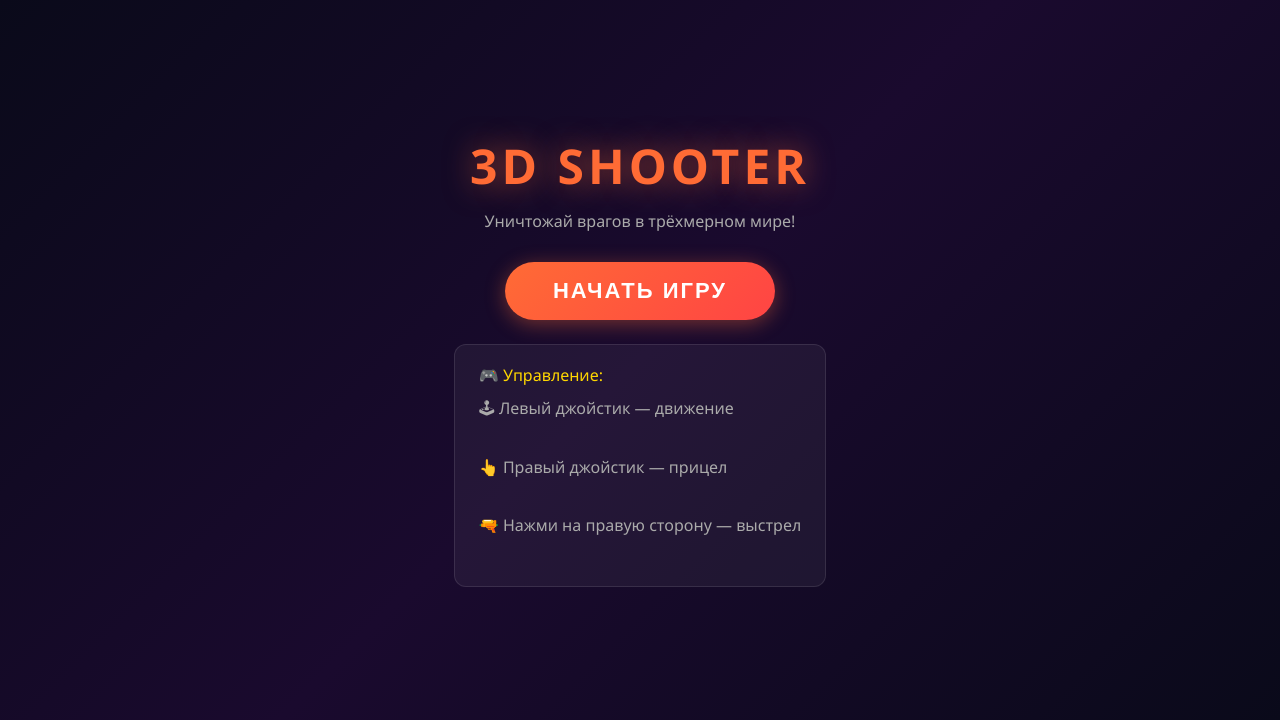
Repository: frstspace/3d-test
Page: index.html
The author's editor kept a copy of each file at every save. The page is drawn from the files as they stood at one save, then again after the next save.
The browser window is 1280 px wide. The pictures show the whole page.

Above is the page before, as saved 2026-07-21 09:47:40.
Console error: TypeError: Cannot read properties of null (reading 'appendChild')

### index.html
<!DOCTYPE html>
<html lang="ru">
<head>
    <meta charset="UTF-8">
    <meta name="viewport" content="width=device-width, initial-scale=1.0, maximum-scale=1.0, user-scalable=no">
    <meta name="mobile-web-app-capable" content="yes">
    <title>3D Shooter</title>
    <link rel="stylesheet" href="css/style.css">
</head>
<body>
    <!-- 3D Сцена -->
    <div id="game-container"></div>

    <!-- HUD (интерфейс) -->
    <div id="hud">
        <div id="score-text">ОЧКИ: <span id="score-value">0</span></div>
        <div id="health-bar-container">
            <div id="health-label">HP</div>
            <div id="health-bar"><div id="health-fill"></div></div>
        </div>
        <div id="ammo-text">ПАТРОНЫ: <span id="ammo-value">30</span></div>
        <div id="wave-text">ВОЛНА: <span id="wave-value">1</span></div>
    </div>

    <!-- Прицел -->
    <div id="crosshair">✚</div>

    <!-- Кнопка стрельбы (для мобильных) -->
    <button id="fire-btn">🔫</button>

    <!-- Экран Game Over -->
    <div id="game-over" class="hidden">
        <h1>ИГРА ОКОНЧЕНА</h1>
        <p>Счёт: <span id="final-score">0</span></p>
        <p>Волна: <span id="final-wave">1</span></p>
        <button id="restart-btn">ИГРАТЬ СНОВА</button>
    </div>

    <!-- Экран старта -->
    <div id="start-screen">
        <h1>3D SHOOTER</h1>
        <p>Уничтожай врагов в трёхмерном мире!</p>
        <button id="start-btn">НАЧАТЬ ИГРУ</button>
        <div id="controls-info">
            <p>🎮 Управление:</p>
            <p>🕹 Левый джойстик — движение</p>
            <p>👆 Правый джойстик — прицел</p>
            <p>🔫 Нажми на правую сторону — выстрел</p>
        </div>
    </div>

    <!-- Загрузка скриптов -->
    <script src="https://cdnjs.cloudflare.com/ajax/libs/three.js/r128/three.min.js"></script>
    <script src="js/controls.js"></script>
    <script src="js/enemy.js"></script>
    <script src="js/game.js"></script>
</body>
</html>

### css/style.css
* {
    margin: 0;
    padding: 0;
    box-sizing: border-box;
    user-select: none;
    -webkit-user-select: none;
    -webkit-touch-callout: none;
    touch-action: none;
}

html, body {
    width: 100%;
    height: 100%;
    overflow: hidden;
    background: #000;
    font-family: 'Segoe UI', Arial, sans-serif;
    position: fixed;
    top: 0;
    left: 0;
    right: 0;
    bottom: 0;
}

#game-container {
    width: 100%;
    height: 100%;
    position: absolute;
    top: 0;
    left: 0;
}

/* ========== HUD ========== */
#hud {
    position: absolute;
    top: 0;
    left: 0;
    width: 100%;
    padding: 12px 16px;
    display: flex;
    justify-content: space-between;
    align-items: flex-start;
    pointer-events: none;
    z-index: 10;
}

#score-text {
    color: #ffd700;
    font-size: 18px;
    font-weight: bold;
    text-shadow: 0 0 8px rgba(255, 215, 0, 0.5);
}

#health-bar-container {
    display: flex;
    align-items: center;
    gap: 8px;
}

#health-label {
    color: #fff;
    font-size: 14px;
    font-weight: bold;
    text-shadow: 0 0 4px rgba(0,0,0,0.8);
}

#health-bar {
    width: 120px;
    height: 14px;
    background: rgba(0, 0, 0, 0.6);
    border: 2px solid rgba(255, 255, 255, 0.3);
    border-radius: 7px;
    overflow: hidden;
}

#health-fill {
    width: 100%;
    height: 100%;
    background: linear-gradient(90deg, #ff4444, #44ff44);
    transition: width 0.3s ease;
    border-radius: 5px;
}

#ammo-text {
    color: #fff;
    font-size: 16px;
    font-weight: bold;
    text-shadow: 0 0 4px rgba(0,0,0,0.8);
}

#wave-text {
    color: #00bfff;
    font-size: 16px;
    font-weight: bold;
    text-shadow: 0 0 8px rgba(0, 191, 255, 0.5);
}

/* ========== Прицел ========== */
#crosshair {
    position: absolute;
    top: 50%;
    left: 50%;
    transform: translate(-50%, -50%);
    font-size: 30px;
    color: rgba(255, 255, 255, 0.7);
    text-shadow: 0 0 6px rgba(0, 0, 0, 0.8);
    pointer-events: none;
    z-index: 15;
}

/* ========== Джойстики ========== */
.joystick-zone {
    position: absolute;
    bottom: 0;
    z-index: 20;
    pointer-events: auto;
}

#joystick-left-zone {
    left: 0;
    width: 45%;
    height: 60%;
}

#joystick-right-zone {
    right: 0;
    width: 55%;
    height: 100%;
}

.joystick-base {
    position: absolute;
    width: 120px;
    height: 120px;
    border-radius: 50%;
    background: rgba(255, 255, 255, 0.08);
    border: 2px solid rgba(255, 255, 255, 0.15);
    pointer-events: none;
    display: none;
}

.joystick-base.active {
    display: block;
}

.joystick-base .joystick-thumb {
    position: absolute;
    width: 50px;
    height: 50px;
    border-radius: 50%;
    background: rgba(255, 255, 255, 0.25);
    border: 2px solid rgba(255, 255, 255, 0.3);
    top: 50%;
    left: 50%;
    transform: translate(-50%, -50%);
    pointer-events: none;
}

/* ========== Экран Game Over ========== */
#game-over {
    position: absolute;
    top: 0;
    left: 0;
    width: 100%;
    height: 100%;
    display: flex;
    flex-direction: column;
    justify-content: center;
    align-items: center;
    background: rgba(0, 0, 0, 0.85);
    z-index: 100;
    color: #fff;
}

#game-over.hidden {
    display: none;
}

#game-over h1 {
    font-size: 42px;
    color: #ff3333;
    margin-bottom: 20px;
    text-shadow: 0 0 20px rgba(255, 0, 0, 0.6);
}

#game-over p {
    font-size: 24px;
    margin: 8px 0;
}

/* ========== Стартовый экран ========== */
#start-screen {
    position: absolute;
    top: 0;
    left: 0;
    width: 100%;
    height: 100%;
    display: flex;
    flex-direction: column;
    justify-content: center;
    align-items: center;
    background: linear-gradient(135deg, #0a0a1a 0%, #1a0a2e 50%, #0a0a1a 100%);
    z-index: 200;
    color: #fff;
    padding: 20px;
}

#start-screen h1 {
    font-size: 48px;
    color: #ff6b35;
    text-shadow: 0 0 30px rgba(255, 107, 53, 0.6);
    margin-bottom: 12px;
    letter-spacing: 4px;
}

#start-screen p {
    font-size: 16px;
    color: #aaa;
    margin-bottom: 30px;
}

#controls-info {
    margin-top: 24px;
    padding: 16px 24px;
    background: rgba(255, 255, 255, 0.05);
    border-radius: 12px;
    border: 1px solid rgba(255, 255, 255, 0.1);
    font-size: 14px;
    line-height: 1.8;
    color: #ccc;
}

#controls-info p:first-child {
    color: #ffd700;
    margin-bottom: 4px;
}

/* ========== Кнопка стрельбы ========== */
#fire-btn {
    position: absolute;
    bottom: 30px;
    right: 20px;
    width: 70px;
    height: 70px;
    border-radius: 50%;
    background: linear-gradient(135deg, #ff4444, #cc0000);
    border: 3px solid rgba(255, 255, 255, 0.3);
    color: #fff;
    font-size: 30px;
    display: flex;
    align-items: center;
    justify-content: center;
    z-index: 25;
    pointer-events: auto;
    box-shadow: 0 0 20px rgba(255, 0, 0, 0.4);
    transition: transform 0.1s, box-shadow 0.1s;
    -webkit-tap-highlight-color: transparent;
    touch-action: manipulation;
}

#fire-btn:active {
    transform: scale(0.9);
    box-shadow: 0 0 30px rgba(255, 0, 0, 0.6);
}

/* ========== Кнопки ========== */
button {
    padding: 16px 48px;
    font-size: 22px;
    font-weight: bold;
    border: none;
    border-radius: 50px;
    cursor: pointer;
    color: #fff;
    letter-spacing: 2px;
    transition: transform 0.2s, box-shadow 0.2s;
    -webkit-tap-highlight-color: transparent;
}

#start-btn {
    background: linear-gradient(135deg, #ff6b35, #ff4444);
    box-shadow: 0 4px 20px rgba(255, 107, 53, 0.4);
}

#start-btn:active {
    transform: scale(0.95);
}

#restart-btn {
    margin-top: 20px;
    background: linear-gradient(135deg, #ff6b35, #ff4444);
    box-shadow: 0 4px 20px rgba(255, 107, 53, 0.4);
}

#restart-btn:active {
    transform: scale(0.95);
}

/* ========== Адаптация ========== */
@media (max-width: 480px) {
    #hud {
        padding: 8px 10px;
    }
    #score-text, #wave-text {
        font-size: 14px;
    }
    #ammo-text {
        font-size: 13px;
    }
    #health-bar {
        width: 80px;
        height: 12px;
    }
    #health-label {
        font-size: 12px;
    }
    #crosshair {
        font-size: 24px;
    }
    #start-screen h1 {
        font-size: 36px;
    }
    #game-over h1 {
        font-size: 32px;
    }
    #controls-info {
        font-size: 12px;
        padding: 12px 16px;
    }
    .joystick-base {
        width: 100px;
        height: 100px;
    }
    .joystick-base .joystick-thumb {
        width: 44px;
        height: 44px;
    }
}

### js/controls.js
/**
 * Управление: джойстики для мобильных устройств + клавиатура для ПК
 */
class GameControls {
    constructor() {
        // Состояние движения
        this.moveX = 0;
        this.moveZ = 0;
        this.lookX = 0;
        this.lookY = 0;
        this.shooting = false;

        // Джойстик движения
        this.moveJoystick = { active: false, touchId: -1, baseX: 0, baseY: 0, dx: 0, dy: 0 };
        // Джойстик прицела
        this.lookJoystick = { active: false, touchId: -1, baseX: 0, baseY: 0, dx: 0, dy: 0, lastX: 0, lastY: 0 };

        // Клавиатура
        this.keys = { w: false, a: false, s: false, d: false, shift: false };

        this._setupKeyboard();
        this._setupTouch();
    }

    _setupKeyboard() {
        window.addEventListener('keydown', (e) => {
            const key = e.key.toLowerCase();
            if (key === 'w' || key === 'a' || key === 's' || key === 'd') {
                this.keys[key] = true;
            }
            if (key === 'shift') this.keys.shift = true;
            if (key === ' ' || key === 'Enter') {
                e.preventDefault();
                this.shooting = true;
            }
            this._updateFromKeyboard();
        });

        window.addEventListener('keyup', (e) => {
            const key = e.key.toLowerCase();
            if (key === 'w' || key === 'a' || key === 's' || key === 'd') {
                this.keys[key] = false;
            }
            if (key === 'shift') this.keys.shift = false;
            if (key === ' ' || key === 'Enter') {
                e.preventDefault();
                this.shooting = false;
            }
            this._updateFromKeyboard();
        });
    }

    _updateFromKeyboard() {
        this.moveX = 0;
        this.moveZ = 0;
        if (this.keys.w) this.moveZ = 1;
        if (this.keys.s) this.moveZ = -1;
        if (this.keys.a) this.moveX = -1;
        if (this.keys.d) this.moveX = 1;
    }

    _setupTouch() {
        const leftZone = document.getElementById('joystick-left-zone');
        const rightZone = document.getElementById('joystick-right-zone');

        // Создаём визуальные элементы джойстиков
        this.moveBase = this._createJoystickBase('move');
        this.lookBase = this._createJoystickBase('look');
        leftZone.appendChild(this.moveBase);
        rightZone.appendChild(this.lookBase);

        // Обработчики касаний для левой зоны (движение)
        leftZone.addEventListener('touchstart', (e) => this._onTouchStart(e, 'move'), { passive: true });
        leftZone.addEventListener('touchmove', (e) => this._onTouchMove(e, 'move'), { passive: true });
        leftZone.addEventListener('touchend', (e) => this._onTouchEnd(e, 'move'), { passive: true });
        leftZone.addEventListener('touchcancel', (e) => this._onTouchEnd(e, 'move'), { passive: true });

        // Обработчики касаний для правой зоны (прицел + стрельба)
        rightZone.addEventListener('touchstart', (e) => this._onTouchStart(e, 'look'), { passive: true });
        rightZone.addEventListener('touchmove', (e) => this._onTouchMove(e, 'look'), { passive: true });
        rightZone.addEventListener('touchend', (e) => this._onTouchEnd(e, 'look'), { passive: true });
        rightZone.addEventListener('touchcancel', (e) => this._onTouchEnd(e, 'look'), { passive: true });
    }

    _createJoystickBase(type) {
        const base = document.createElement('div');
        base.className = 'joystick-base';
        const thumb = document.createElement('div');
        thumb.className = 'joystick-thumb';
        base.appendChild(thumb);
        return base;
    }

    _onTouchStart(e, type) {
        const touch = e.changedTouches[0];
        const joystick = type === 'move' ? this.moveJoystick : this.lookJoystick;

        if (joystick.active) return;
        joystick.active = true;
        joystick.touchId = touch.identifier;
        joystick.baseX = touch.clientX;
        joystick.baseY = touch.clientY;
        joystick.dx = 0;
        joystick.dy = 0;

        const base = type === 'move' ? this.moveBase : this.lookBase;
        base.style.left = (touch.clientX - 60) + 'px';
        base.style.top = (touch.clientY - 60) + 'px';
        base.classList.add('active');
        base.querySelector('.joystick-thumb').style.transform = 'translate(-50%, -50%)';

        if (type === 'look') {
            this.lookJoystick.lastX = touch.clientX;
            this.lookJoystick.lastY = touch.clientY;
        }
    }

    _onTouchMove(e, type) {
        const joystick = type === 'move' ? this.moveJoystick : this.lookJoystick;
        if (!joystick.active) return;

        let touch = null;
        for (let i = 0; i < e.changedTouches.length; i++) {
            if (e.changedTouches[i].identifier === joystick.touchId) {
                touch = e.changedTouches[i];
                break;
            }
        }
        if (!touch) return;

        const dx = touch.clientX - joystick.baseX;
        const dy = touch.clientY - joystick.baseY;
        const maxDist = 50;
        const dist = Math.min(Math.sqrt(dx*dx + dy*dy), maxDist);
        const angle = Math.atan2(dy, dx);

        const clampedDx = Math.cos(angle) * dist;
        const clampedDy = Math.sin(angle) * dist;

        joystick.dx = clampedDx / maxDist;
        joystick.dy = clampedDy / maxDist;

        if (type === 'move') {
            this.moveX = joystick.dx;
            this.moveZ = -joystick.dy;
        } else {
            // Для прицела используем дельта-движение
            this.lookX = (touch.clientX - this.lookJoystick.lastX) * 0.01;
            this.lookY = (touch.clientY - this.lookJoystick.lastY) * 0.01;
            this.lookJoystick.lastX = touch.clientX;
            this.lookJoystick.lastY = touch.clientY;
        }

        // Визуал
        const base = type === 'move' ? this.moveBase : this.lookBase;
        const thumb = base.querySelector('.joystick-thumb');
        thumb.style.transform = `translate(calc(-50% + ${clampedDx}px), calc(-50% + ${clampedDy}px))`;
    }

    _onTouchEnd(e, type) {
        const joystick = type === 'move' ? this.moveJoystick : this.lookJoystick;
        if (!joystick.active) return;

        let touchEnded = false;
        for (let i = 0; i < e.changedTouches.length; i++) {
            if (e.changedTouches[i].identifier === joystick.touchId) {
                touchEnded = true;
                break;
            }
        }
        if (!touchEnded) return;

        joystick.active = false;
        joystick.touchId = -1;
        joystick.dx = 0;
        joystick.dy = 0;

        const base = type === 'move' ? this.moveBase : this.lookBase;
        base.classList.remove('active');

        if (type === 'move') {
            this.moveX = 0;
            this.moveZ = 0;
        } else {
            this.lookX = 0;
            this.lookY = 0;
            this.shooting = false;
        }
    }

    // Для ПК: обновление прицела мышью (вызывается из game.js)
    updateMouseLook(mx, my) {
        this.lookX = mx;
        this.lookY = my;
    }

    reset() {
        this.moveX = 0;
        this.moveZ = 0;
        this.lookX = 0;
        this.lookY = 0;
        this.shooting = false;
        this.moveJoystick.active = false;
        this.lookJoystick.active = false;
        this.moveBase.classList.remove('active');
        this.lookBase.classList.remove('active');
    }
}

### js/enemy.js
/**
 * Класс врага
 */
class Enemy {
    constructor(scene, position, color = 0xff3333) {
        this.scene = scene;
        this.health = 100;
        this.maxHealth = 100;
        this.speed = 2 + Math.random() * 1.5;
        this.alive = true;
        this.damageCooldown = 0;

        // Создаём группу для врага
        this.group = new THREE.Group();
        this.group.position.copy(position);

        // Тело (куб)
        const bodyGeo = new THREE.BoxGeometry(0.8, 1.0, 0.8);
        const bodyMat = new THREE.MeshPhongMaterial({
            color: color,
            emissive: color,
            emissiveIntensity: 0.2
        });
        this.body = new THREE.Mesh(bodyGeo, bodyMat);
        this.body.position.y = 0.5;
        this.group.add(this.body);

        // Голова (сфера)
        const headGeo = new THREE.SphereGeometry(0.35, 8, 8);
        const headMat = new THREE.MeshPhongMaterial({
            color: 0xff6666,
            emissive: 0xff3333,
            emissiveIntensity: 0.15
        });
        this.head = new THREE.Mesh(headGeo, headMat);
        this.head.position.y = 1.3;
        this.group.add(this.head);

        // Глаза (две маленькие сферы)
        const eyeMat = new THREE.MeshPhongMaterial({ color: 0xffff00, emissive: 0xffff00, emissiveIntensity: 0.5 });
        const eyeGeo = new THREE.SphereGeometry(0.08, 6, 6);
        const eye1 = new THREE.Mesh(eyeGeo, eyeMat);
        eye1.position.set(-0.12, 1.35, -0.3);
        this.group.add(eye1);
        const eye2 = new THREE.Mesh(eyeGeo, eyeMat);
        eye2.position.set(0.12, 1.35, -0.3);
        this.group.add(eye2);

        // Полоска здоровья (Billboard)
        this.healthBarGroup = new THREE.Group();
        const barBgGeo = new THREE.PlaneGeometry(0.8, 0.08);
        const barBgMat = new THREE.MeshBasicMaterial({ color: 0x333333, side: THREE.DoubleSide });
        this.healthBarBg = new THREE.Mesh(barBgGeo, barBgMat);
        this.healthBarGroup.add(this.healthBarBg);

        const barGeo = new THREE.PlaneGeometry(0.8, 0.08);
        const barMat = new THREE.MeshBasicMaterial({ color: 0x44ff44, side: THREE.DoubleSide });
        this.healthBar = new THREE.Mesh(barGeo, barMat);
        this.healthBar.position.z = 0.001;
        this.healthBarGroup.add(this.healthBar);

        this.healthBarGroup.position.y = 1.8;
        this.group.add(this.healthBarGroup);

        scene.add(this.group);
    }

    takeDamage(damage) {
        if (!this.alive) return false;
        this.health -= damage;

        // Визуальная обратная связь
        this.body.material.emissiveIntensity = 0.8;
        setTimeout(() => {
            if (this.body.material) this.body.material.emissiveIntensity = 0.2;
        }, 100);

        // Обновление полоски здоровья
        const healthPercent = Math.max(0, this.health / this.maxHealth);
        this.healthBar.scale.x = healthPercent;
        this.healthBar.position.x = (1 - healthPercent) * -0.4;

        // Цвет полоски
        if (healthPercent > 0.5) {
            this.healthBar.material.color.setHex(0x44ff44);
        } else if (healthPercent > 0.25) {
            this.healthBar.material.color.setHex(0xffaa00);
        } else {
            this.healthBar.material.color.setHex(0xff4444);
        }

        if (this.health <= 0) {
            this.die();
            return true;
        }
        return false;
    }

    die() {
        this.alive = false;
        // Эффект смерти
        this.body.material.emissive.setHex(0xff0000);
        this.body.material.emissiveIntensity = 1.0;
        this.head.material.emissive.setHex(0xff0000);

        // Анимация исчезновения
        const startScale = 1;
        const duration = 500;
        const startTime = Date.now();

        const fadeOut = () => {
            const elapsed = Date.now() - startTime;
            const progress = Math.min(elapsed / duration, 1);
            const scale = startScale * (1 - progress * 0.5);
            this.group.scale.set(scale, scale, scale);
            this.group.position.y = progress * 0.5;

            if (progress < 1) {
                requestAnimationFrame(fadeOut);
            } else {
                this.remove();
            }
        };
        fadeOut();
    }

    remove() {
        if (this.group.parent) {
            this.scene.remove(this.group);
        }
        // Освобождение ресурсов
        this.body.geometry.dispose();
        this.body.material.dispose();
        this.head.geometry.dispose();
        this.head.material.dispose();
    }

    update(playerPosition, deltaTime) {
        if (!this.alive) return;

        this.damageCooldown = Math.max(0, this.damageCooldown - deltaTime);

        // Движение к игроку
        const dx = playerPosition.x - this.group.position.x;
        const dz = playerPosition.z - this.group.position.z;
        const dist = Math.sqrt(dx*dx + dz*dz);

        if (dist > 0.5) {
            const moveX = (dx / dist) * this.speed * deltaTime;
            const moveZ = (dz / dist) * this.speed * deltaTime;
            this.group.position.x += moveX;
            this.group.position.z += moveZ;
        }

        // Поворот к игроку
        const angle = Math.atan2(dx, dz);
        this.group.rotation.y = angle;

        // Покачивание
        this.group.position.y = Math.sin(Date.now() * 0.005) * 0.05;
    }

    getPosition() {
        return this.group.position;
    }

    canDamage() {
        return this.alive && this.damageCooldown <= 0;
    }

    resetDamageCooldown() {
        this.damageCooldown = 1.0; // 1 секунда между уроном
    }
}

Loaded but not shown: js/game.js (824 lines, source omitted)

After the next save:
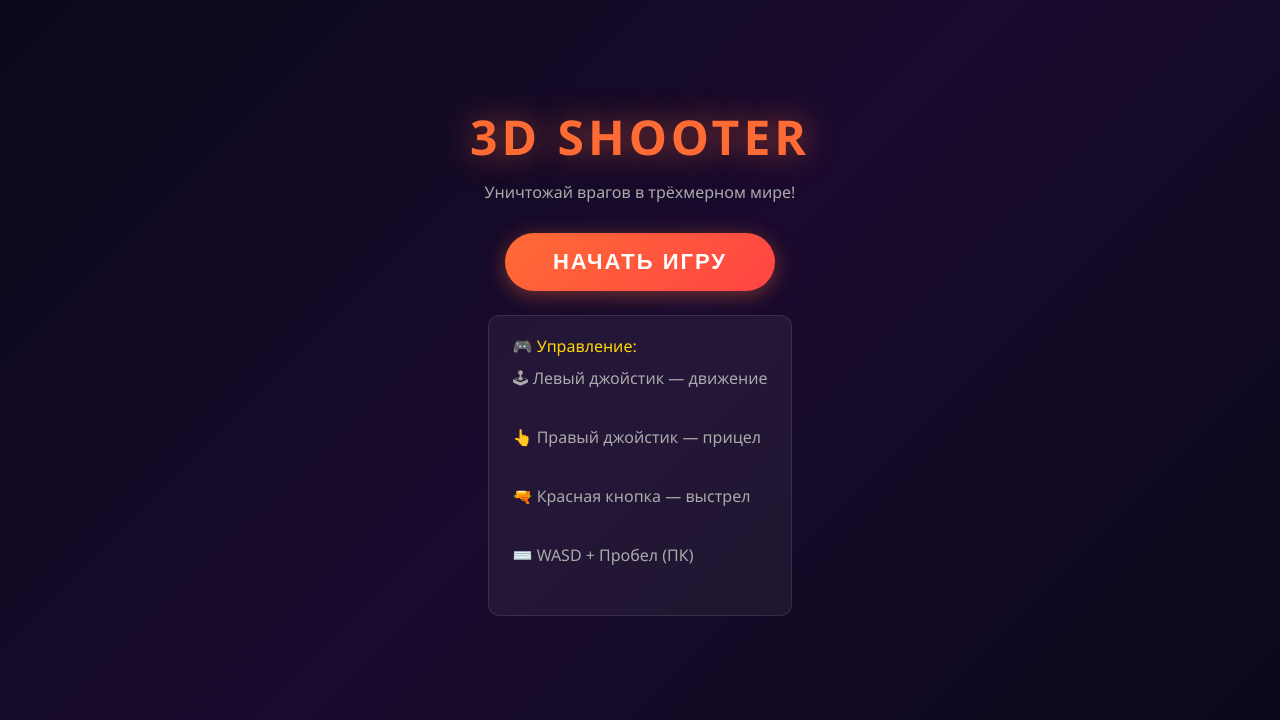
Saved 9 s later.
--- a/index.html
+++ b/index.html
@@ -45,7 +45,8 @@
             <p>🎮 Управление:</p>
             <p>🕹 Левый джойстик — движение</p>
             <p>👆 Правый джойстик — прицел</p>
-            <p>🔫 Нажми на правую сторону — выстрел</p>
+            <p>🔫 Красная кнопка — выстрел</p>
+            <p>⌨️ WASD + Пробел (ПК)</p>
         </div>
     </div>
 
